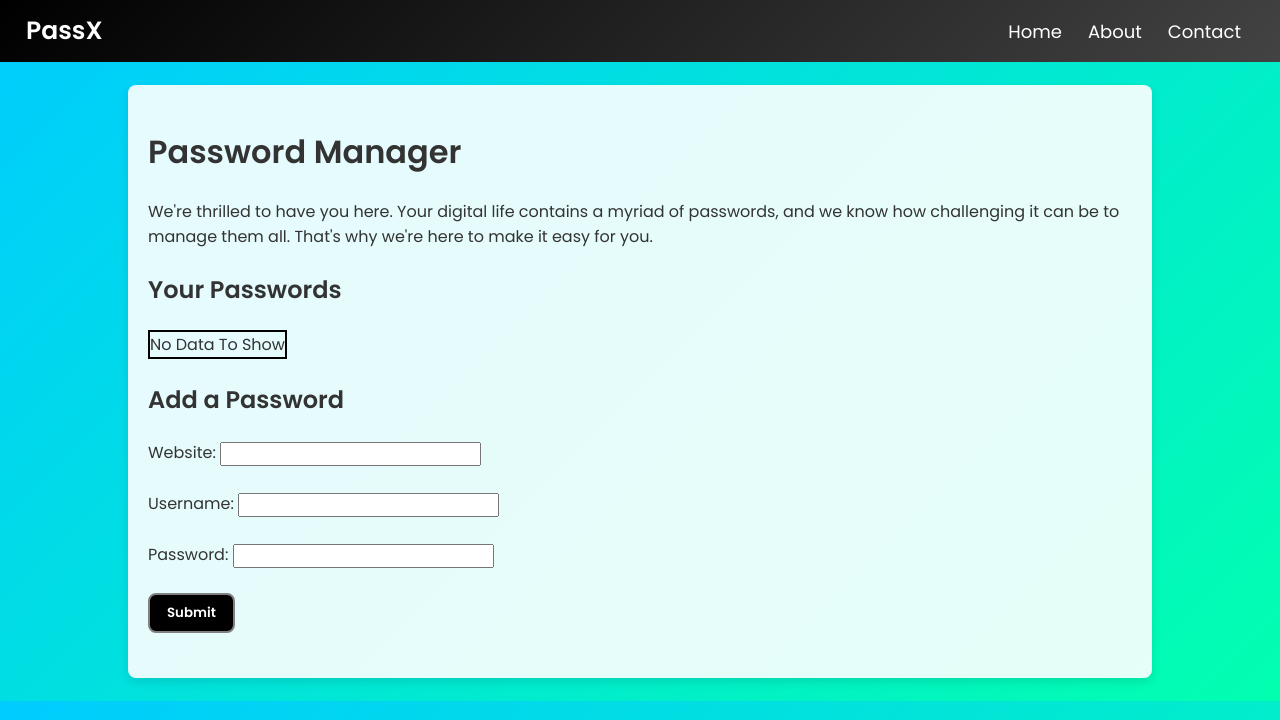
Repository: Abhi2807ar/PASSWORD-MANAGER
Page: index.html
The author's editor kept a copy of each file at every save. The page is drawn from the files as they stood at one save, then again after the next save.
The browser window is 1280 px wide. The pictures show the whole page.

Above is the page before, as saved 2024-10-14 19:10:54.

After the next save:
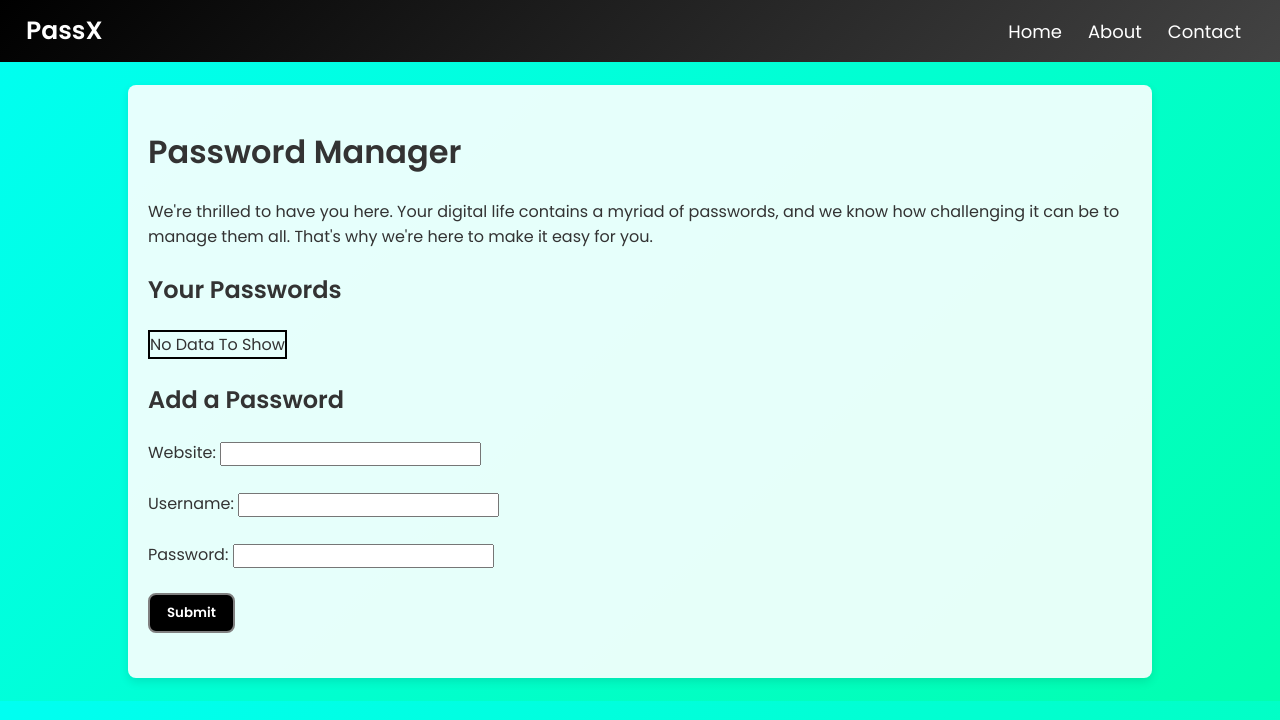
Saved 6 s later.
--- a/style.css
+++ b/style.css
@@ -10,7 +10,7 @@
 
 /* Gradient background for the body */
 body {
-    background: linear-gradient(135deg, #00ccff, #02ffaf);
+    background: linear-gradient(135deg, #00fff2, #02ffaf);
     color: #333;
 }
 
